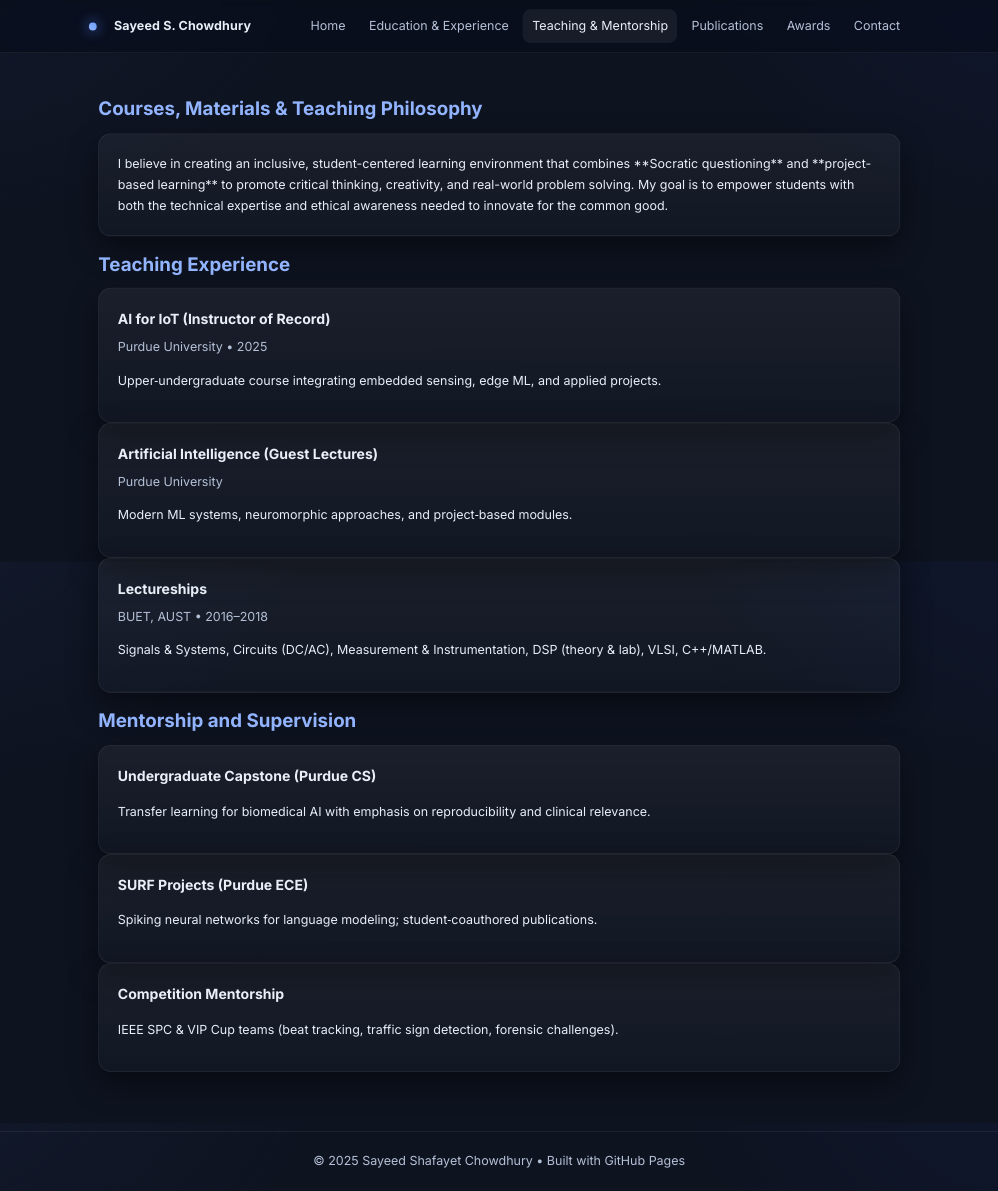
Repository: SayeedChowdhury/SayeedChowdhury.github.io
Page: teaching.html
The author's editor kept a copy of each file at every save. The page is drawn from the files as they stood at one save, then again after the next save.
The browser window is 1280 px wide. The pictures show the whole page, at 78% of full size.

Above is the page before, as saved 2025-08-11 14:23:34.

After the next save:
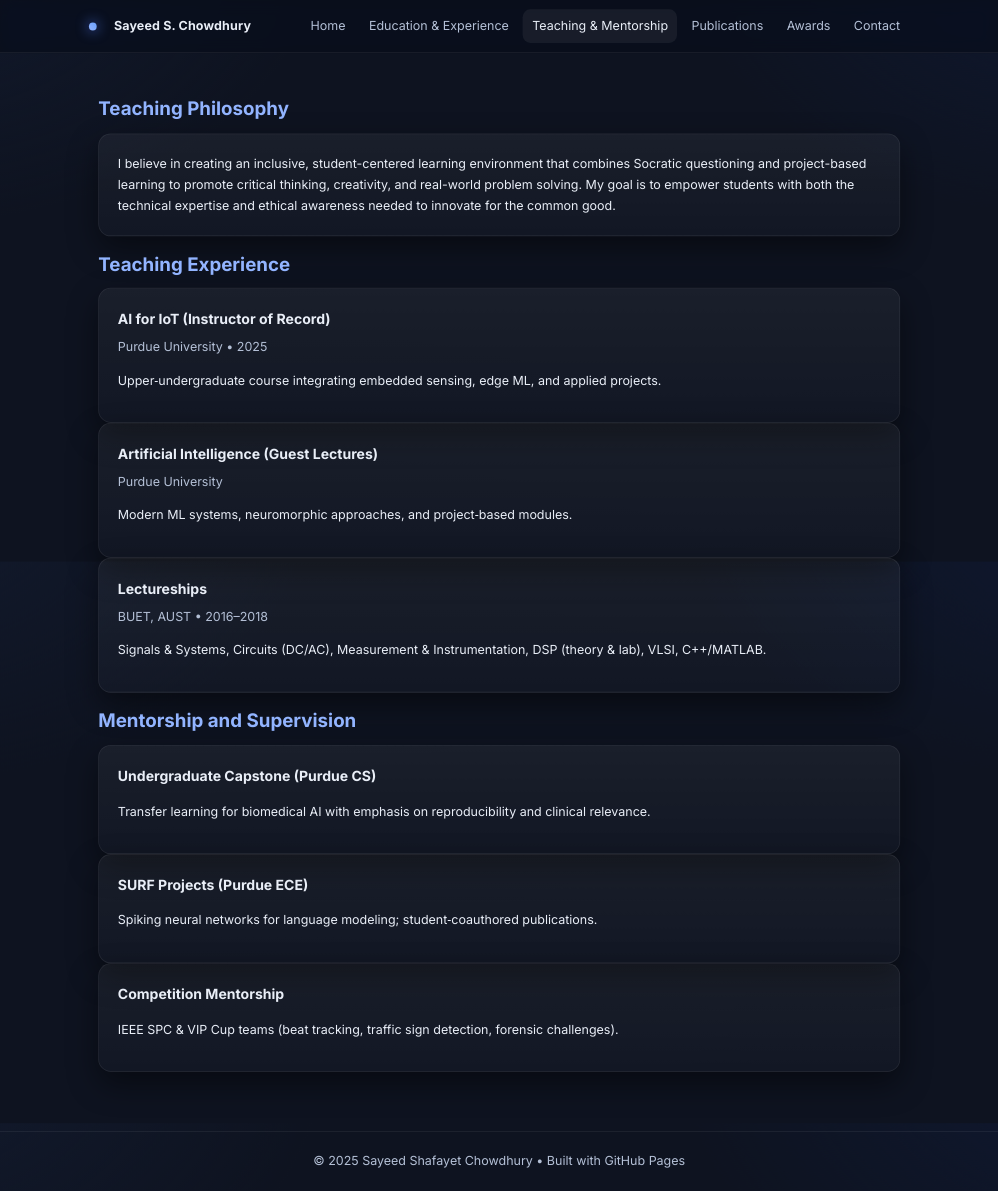
Saved 102 s later.
--- a/teaching.html
+++ b/teaching.html
@@ -28,10 +28,10 @@
 
 <section class="section">
   <!-- <div class="kicker">Teaching</div> -->
-  <h2>Courses, Materials & Teaching Philosophy</h2>
+  <h2>Teaching Philosophy</h2>
 
   <div class="card">
-    <p style="margin:0">I believe in creating an inclusive, student-centered learning environment that combines **Socratic questioning** and **project-based learning** to promote critical thinking, creativity, and real-world problem solving. My goal is to empower students with both the technical expertise and ethical awareness needed to innovate for the common good.</p>
+    <p style="margin:0">I believe in creating an inclusive, student-centered learning environment that combines Socratic questioning and project-based learning to promote critical thinking, creativity, and real-world problem solving. My goal is to empower students with both the technical expertise and ethical awareness needed to innovate for the common good.</p>
   </div>
 
   <h2>Teaching Experience</h2>
